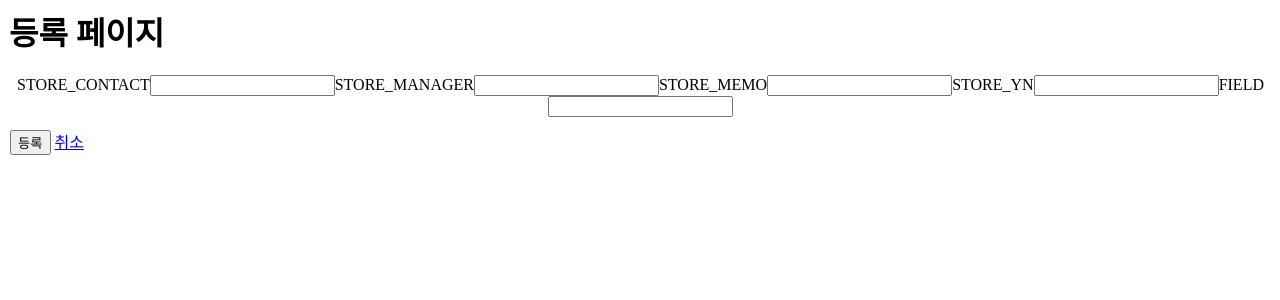
Repository: 2022-kh-final-mothlymoon/moon-back
Page: http://localhost/sellermoon/store/create.jsp
The author's editor kept a copy of each file at every save. The page is drawn from the files as they stood at one save, then again after the next save.
The browser window is 1280 px wide. The pictures show the whole page.
The page is served by Tomcat 9. Other server files are loaded and not shown.

Above is the page before, as saved 2022-10-20 17:48:13.

### sellermoon/src/main/webapp/store/create.jsp
<%@ page language="java" contentType="text/html; charset=UTF-8"
	pageEncoding="UTF-8"%>
<%@ taglib uri="http://java.sun.com/jsp/jstl/core" prefix="c"%>
<%@ taglib uri="http://java.sun.com/jsp/jstl/fmt" prefix="fmt"%>


<div class="row" style="margin-bottom: 20px; margin-left: 1px;">
	<div class="col-lg-12">
		<h1 class="page-header">등록 페이지</h1>
	</div>
</div>
<div class="panel" style="margin-left: 1px;">
	<div id="contAreaBox">
		<div class="panel">
			<div class="panel-body">
				<form role="form" action="/board/create_action" method="post">
					<div class="table-responsive" style="text-align: center;">
						<table id="datatable-scroller"
							class="table table-bordered tbl_Form">
							<caption></caption>
							<colgroup>
								<col width="250px" />
								<col />
							</colgroup>
							<tbody>
								<tr>
									<input type="hidden" id="STORE_NO" name="STORE_NO" value="0">
									<input type="hidden" id="MD_NO" name="MD_NO" value="1">
									<lable>STORE_CONTACT</lable>
									<input type="text" id="STORE_CONTACT" name="STORE_CONTACT" />
								</tr>
								<tr>
									<lable>STORE_MANAGER</lable>
									<input type="text" id="STORE_MANAGER" name="STORE_MANAGER" />
								</tr>


								<tr>
									<lable>STORE_MEMO</lable>
									<input type="text" id="STORE_MEMO" name="STORE_MEMO" />
								</tr>
								<tr>
									<lable>STORE_YN</lable>
									<input type="text" id="STORE_YN" name="STORE_YN" />
								</tr>
								<tr>
									<lable>FIELD</lable>
									<input type="text" id="FIELD" name="FIELD" />
								</tr>
							</tbody>
						</table>
					</div>
					<div style="margin-left: 1px;">
						<button type="submit" class="btn btn-primary">등록</button>
						<a href="./storeList" class="btn btn-danger">취소</a>
					</div>
				</form>
			</div>
		</div>
	</div>
</div>

After the next save:
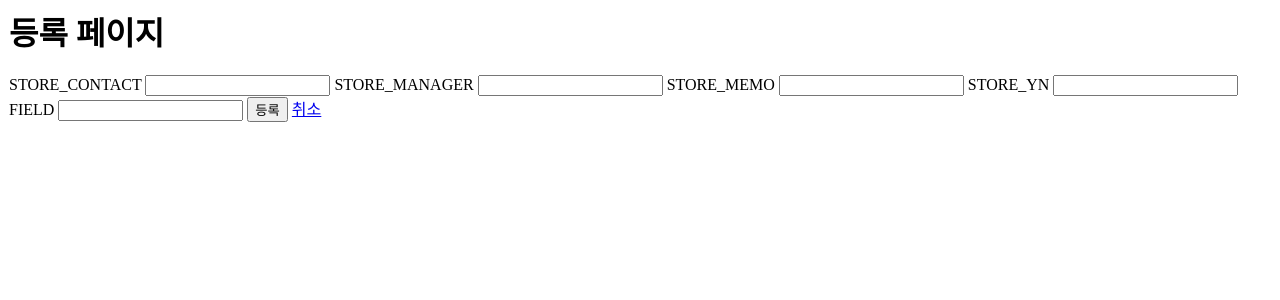
Saved 2 min 7 s later.
--- a/sellermoon/src/main/webapp/store/create.jsp
+++ b/sellermoon/src/main/webapp/store/create.jsp
@@ -13,47 +13,29 @@
 	<div id="contAreaBox">
 		<div class="panel">
 			<div class="panel-body">
-				<form role="form" action="/board/create_action" method="post">
-					<div class="table-responsive" style="text-align: center;">
-						<table id="datatable-scroller"
-							class="table table-bordered tbl_Form">
-							<caption></caption>
-							<colgroup>
-								<col width="250px" />
-								<col />
-							</colgroup>
-							<tbody>
-								<tr>
-									<input type="hidden" id="STORE_NO" name="STORE_NO" value="0">
-									<input type="hidden" id="MD_NO" name="MD_NO" value="1">
-									<lable>STORE_CONTACT</lable>
-									<input type="text" id="STORE_CONTACT" name="STORE_CONTACT" />
-								</tr>
-								<tr>
-									<lable>STORE_MANAGER</lable>
-									<input type="text" id="STORE_MANAGER" name="STORE_MANAGER" />
-								</tr>
+				<form method="post">
+
+					<input type="hidden" id="STORE_NO" name="STORE_NO" value="0">
+					<input type="hidden" id="MD_NO" name="MD_NO" value="1">
+					<lable>STORE_CONTACT</lable>
+					<input type="text" id="STORE_CONTACT" name="STORE_CONTACT" />
+
+					<lable>STORE_MANAGER</lable>
+					<input type="text" id="STORE_MANAGER" name="STORE_MANAGER" />
+
+					<lable>STORE_MEMO</lable>
+					<input type="text" id="STORE_MEMO" name="STORE_MEMO" />
+
+					<lable>STORE_YN</lable>
+					<input type="text" id="STORE_YN" name="STORE_YN" />
+
+					<lable>FIELD</lable>
+					<input type="text" id="FIELD" name="FIELD" />
 
 
-								<tr>
-									<lable>STORE_MEMO</lable>
-									<input type="text" id="STORE_MEMO" name="STORE_MEMO" />
-								</tr>
-								<tr>
-									<lable>STORE_YN</lable>
-									<input type="text" id="STORE_YN" name="STORE_YN" />
-								</tr>
-								<tr>
-									<lable>FIELD</lable>
-									<input type="text" id="FIELD" name="FIELD" />
-								</tr>
-							</tbody>
-						</table>
-					</div>
-					<div style="margin-left: 1px;">
-						<button type="submit" class="btn btn-primary">등록</button>
-						<a href="./storeList" class="btn btn-danger">취소</a>
-					</div>
+					<button type="submit" class="btn btn-primary">등록</button>
+					<a href="./storeList" class="btn btn-danger">취소</a>
+
 				</form>
 			</div>
 		</div>
